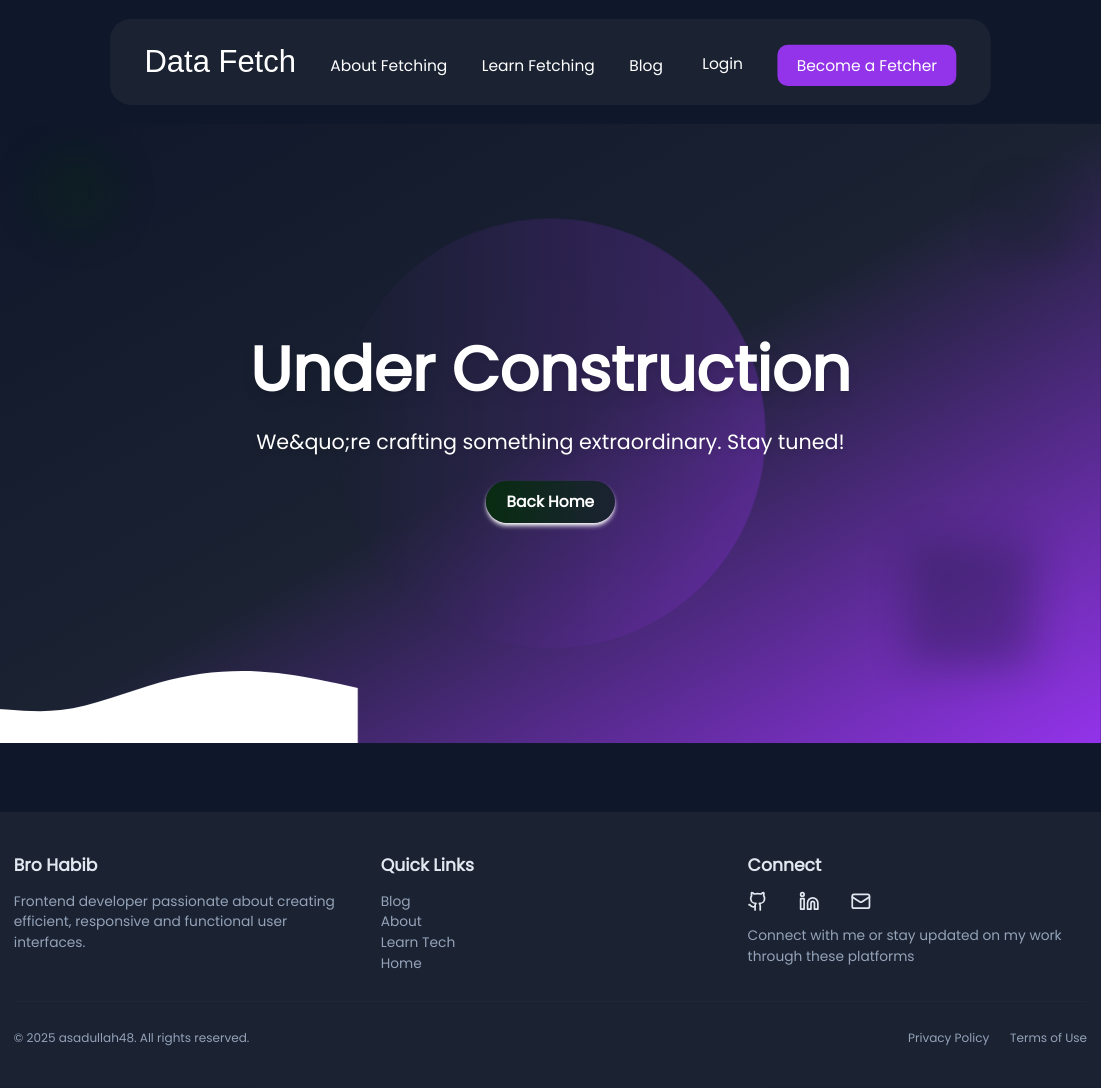
Repository: asadullah48/data-fetch
Page: /learnTech
These files come from the project's save history. The page is drawn as it stood at one moment and after a run of saves; the edit follows.
The browser window is 1280 px wide. The pictures show the whole page, at 86% of full size.
Some web fonts or font styles are not loaded; a fallback is used. The project was rebuilt for these pictures with package versions that can differ from the ones it lists, and the page was loaded fresh each time. The framework's server and built-in components were replaced by stand-ins that run in the browser. Also part of the build but not shown: next.config.mjs.

Above is the page before, as saved 2025-01-15 13:57:09.

### src/app/layout.tsx
import type { Metadata } from "next";
import localFont from "next/font/local";
import "./globals.css";
import Navbar from "@/components/Navbar";
import { Poppins } from "next/font/google"
import Footer from "@/components/Footer";


const poppins = Poppins({
  subsets: ['latin'],
  weight: '400'
})

const geistSans = localFont({
  src: "./fonts/GeistVF.woff",
  variable: "--font-geist-sans",
  weight: "100 900",
});
const geistMono = localFont({
  src: "./fonts/GeistMonoVF.woff",
  variable: "--font-geist-mono",
  weight: "100 900",
});

export const metadata: Metadata = {
  title: "Data Fetching",
  description: "Data Fetching in a CSR and SSR",
};

export default function RootLayout({
  children,
}: Readonly<{
  children: React.ReactNode;
}>) {
  return (
    <html lang="en">
      <body
        className={`${geistSans.variable} ${geistMono.variable} ${poppins.className} bg-[#0f172a] text-white antialiased overflow-x-hidden`}
      >
        <Navbar />
        {children}
        <Footer/>
      </body>
    </html>
  );
}

### src/app/learnTech/page.tsx
import Link from 'next/link'
import React from 'react'

export default function learnTechPage() {
  return (
    <div className="h-screen flex items-center justify-center bg-gradient-to-br from-[#0f172a] via-[#1b2232] to-[#9333EA] relative overflow-hidden">
            {/* Background Elements */}
            <div className="absolute inset-0 flex justify-center items-center">
                <div className="w-[500px] h-[500px] bg-gradient-to-r from-[#1b2232] to-[#9333EA] rounded-full opacity-20 animate-pulse"></div>
            </div>

            {/* Floating Animated Shapes */}
            <div className="absolute inset-0">
                <div className="absolute top-10 left-10 w-24 h-24 bg-[#082c11] rounded-full blur-xl opacity-30 animate-float" />
                <div className="absolute bottom-20 right-20 w-36 h-36 bg-[#0f172a] rounded-lg blur-xl opacity-30 animate-float delay-2000" />
                <div className="absolute top-20 right-10 w-20 h-20 bg-[#1b2232] rounded-lg blur-lg opacity-40 animate-float delay-4000" />
            </div>

            {/* Main Content */}
            <div className="text-center relative z-10">
                <h1 className="text-5xl md:text-7xl font-extrabold text-white drop-shadow-lg animate-bounce">
                    Under Construction
                </h1>
                <p className="text-lg md:text-2xl text-white mt-4 drop-shadow-md">
                    We&quo;re crafting something extraordinary. Stay tuned!
                </p>

                {/* CTA Button */}
                <div className="mt-10">
                    <Link
                        href="/"
                        className="px-6 py-3 text-lg font-bold text-white bg-gradient-to-r from-[#082c11] to-[#1b2232] rounded-full shadow-white shadow-md transform transition hover:scale-105 hover:shadow-2xl focus:outline-none"
                    >
                        Back Home
                    </Link>
                </div>
            </div>

            {/* Animated SVG Waves */}
            <div className="absolute bottom-0 left-0 right-0 overflow-hidden leading-none">
                <svg
                    className="w-full h-32 text-white animate-wave"
                    xmlns="http://www.w3.org/2000/svg"
                    viewBox="0 0 1440 320"
                >
                    <path
                        fill="currentColor"
                        fillOpacity="1"
                        d="M0,288L48,272C96,256,192,224,288,218.7C384,213,480,235,576,224C672,213,768,171,864,144C960,117,1056,107,1152,112C1248,117,1344,139,1392,149.3L1440,160L1440,320L1392,320C1344,320,1248,320,1152,320C1056,320,960,320,864,320C768,320,672,320,576,320C480,320,384,320,288,320C192,320,96,320,48,320L0,320Z"
                    ></path>
                </svg>
            </div>
        </div>
  )
}

### src/app/globals.css
@tailwind base;
@tailwind components;
@tailwind utilities;

body {
  font-family: Arial, Helvetica, sans-serif;
}

@layer utilities {
  .text-balance {
    text-wrap: balance;
  }
}

@layer base {
  :root {
    --background: 0 0% 100%;
    --foreground: 20 14.3% 4.1%;
    --card: 0 0% 100%;
    --card-foreground: 20 14.3% 4.1%;
    --popover: 0 0% 100%;
    --popover-foreground: 20 14.3% 4.1%;
    --primary: 24 9.8% 10%;
    --primary-foreground: 60 9.1% 97.8%;
    --secondary: 60 4.8% 95.9%;
    --secondary-foreground: 24 9.8% 10%;
    --muted: 60 4.8% 95.9%;
    --muted-foreground: 25 5.3% 44.7%;
    --accent: 60 4.8% 95.9%;
    --accent-foreground: 24 9.8% 10%;
    --destructive: 0 84.2% 60.2%;
    --destructive-foreground: 60 9.1% 97.8%;
    --border: 20 5.9% 90%;
    --input: 20 5.9% 90%;
    --ring: 20 14.3% 4.1%;
    --chart-1: 12 76% 61%;
    --chart-2: 173 58% 39%;
    --chart-3: 197 37% 24%;
    --chart-4: 43 74% 66%;
    --chart-5: 27 87% 67%;
    --radius: 0.5rem;
  }
  .dark {
    --background: 20 14.3% 4.1%;
    --foreground: 60 9.1% 97.8%;
    --card: 20 14.3% 4.1%;
    --card-foreground: 60 9.1% 97.8%;
    --popover: 20 14.3% 4.1%;
    --popover-foreground: 60 9.1% 97.8%;
    --primary: 60 9.1% 97.8%;
    --primary-foreground: 24 9.8% 10%;
    --secondary: 12 6.5% 15.1%;
    --secondary-foreground: 60 9.1% 97.8%;
    --muted: 12 6.5% 15.1%;
    --muted-foreground: 24 5.4% 63.9%;
    --accent: 12 6.5% 15.1%;
    --accent-foreground: 60 9.1% 97.8%;
    --destructive: 0 62.8% 30.6%;
    --destructive-foreground: 60 9.1% 97.8%;
    --border: 12 6.5% 15.1%;
    --input: 12 6.5% 15.1%;
    --ring: 24 5.7% 82.9%;
    --chart-1: 220 70% 50%;
    --chart-2: 160 60% 45%;
    --chart-3: 30 80% 55%;
    --chart-4: 280 65% 60%;
    --chart-5: 340 75% 55%;
  }
}

@layer base {
  * {
    @apply border-border;
  }
  body {
    @apply bg-background text-foreground;
  }
}

### src/components/Navbar.tsx
"use client"
import { useState } from 'react';
import { Agbalumo } from "next/font/google"
import Link from "next/link"

const agbalumo = Agbalumo({
    subsets: ['latin'],
    weight: '400'
})


export default function Navbar() {
    const [isMenuOpen, setIsMenuOpen] = useState(false);

    const toggleMenu = () => setIsMenuOpen(!isMenuOpen);

    return (
        <div className="h-[144px] w-screen flex justify-center items-center">
            <div className="h-[100px] w-full relative md:w-[80%] md:rounded-3xl bg-[#1b2232] text-white flex justify-between items-center px-10">
                {/* Logo and Links */}
                <div className="flex justify-center items-center gap-10">
                <Link href={"/"}>
                    <h1 className={`${agbalumo.className} text-4xl`}>Data Fetch</h1>
                </Link>

                    <div className="hidden lg:flex gap-10">
                        <Link href={"/about"} className="text-lg mt-2">About Fetching</Link>
                        <Link href={"/learnTech"} className="text-lg mt-2">Learn Fetching</Link>
                        <Link href={"/blog"} className="text-lg mt-2">Blog</Link>
                    </div>
                </div>

                {/* Navbar Buttons */}
                <div className="hidden md:flex gap-10">
                    <Link href={"/login"} className="text-lg mt-4">Login</Link>
                    <Link href={"/signup"} className="text-lg mt-2 h-12 bg-PrimaryPurple flex justify-center items-center w-52 rounded-xl">Become a Fetcher</Link>
                </div>

                {/* Hamburger Menu for Mobile */}
                <div className="lg:hidden flex items-center gap-4">
                    {/* <h1 className="font-bold text-4xl">Data Fetch</h1> */}
                    <button onClick={toggleMenu} className="text-white text-2xl">
                        {/* Hamburger Icon */}
                        {isMenuOpen ? 'X' : '☰'}
                    </button>
                </div>
            </div>

            {/* Dropdown Menu for Mobile */}
            {isMenuOpen && (
                <div className='z-50 h-screen fixed top-1/4 w-full flex justify-center items-center bg-[#1b2232]/70 backdrop-blur-md '>
                <div className=" lg:hidden  text-white  text-center py-4 flex flex-col justify-center items-start gap-5">
                    <Link href={"/about"} onClick={()=> setIsMenuOpen(false)} className="block text-lg mt-2">About Fetching</Link>
                    <Link href={"/learnTech"} onClick={()=> setIsMenuOpen(false)} className="block text-lg mt-2">Learn fetching</Link>
                    <Link href={"/blog"} onClick={()=> setIsMenuOpen(false)} className="block text-lg mt-2">Blog</Link>
                    <Link href={"/login"} onClick={()=> setIsMenuOpen(false)} className="block text-lg mt-2">Login</Link>
                    <Link href={"/signup"} onClick={()=> setIsMenuOpen(false)} className=" text-lg mt-2 h-12 bg-PrimaryPurple flex justify-start pl-2 items-center w-52 rounded-xl">Become a Techie</Link>
                </div>
                </div>
            )}
        </div>
    )
}

### src/components/Footer.tsx
import React from 'react'
import { Github,  Linkedin, Mail } from 'lucide-react';
import Link from 'next/link';
export default function Footer() {
  const currentYear = new Date().getFullYear();

  return (
    <div className="bg-[#1b2232] mt-20 text-slate-200 py-12 ">
      <div className="container mx-auto px-4">
        {/* Main Footer Content */}
        <div className="grid grid-cols-1 md:grid-cols-3 gap-8 mb-8">
          {/* About Section */}
          <div>
            <h3 className="text-xl font-semibold mb-4">Bro Habib</h3>
            <p className="text-slate-400 mb-4">
              Frontend developer passionate about creating efficient, responsive and functional user interfaces.
            </p>
          </div>

          {/* Quick Links */}
          <div>
            <h3 className="text-xl font-semibold mb-4">Quick Links</h3>
            <ul className="space-y-2 text-slate-400">
              <Link href="/blog" className="hover:text-slate-200 transition-colors"><li>Blog</li>
              </Link>
              <Link href="/about" className="hover:text-slate-200 transition-colors"><li>About</li>
              </Link>
              <Link href="/learnTech" className="hover:text-slate-200 transition-colors"><li>Learn Tech</li>
              </Link>
              <Link href="/" className="hover:text-slate-200 transition-colors"><li>Home</li>
              </Link>
            </ul>
          </div>

          {/* Connect Section */}
          <div>
            <h3 className="text-xl font-semibold mb-4">Connect</h3>
            <div className="flex space-x-4 mb-4 gap-5">
              <Link href="https://github.com/asadullah48/data-fetch" className="hover:text-slate-200 transition-colors">
                <Github size={24} />
              </Link>

              <Link href="https://www.linkedin.com/in/asadullah-shafique-a00679325/" className="hover:text-slate-200 transition-colors">
                <Linkedin size={24} />
              </Link>

              <Link href="mailto:asadullahshafique@hotmail.com" className="hover:text-slate-200 transition-colors">
                <Mail size={24} />
              </Link>

            </div>
            <p className="text-slate-400">
            Connect with me or stay updated on my work through these platforms
            </p>
          </div>
        </div>

        {/* Bottom Bar */}
        <div className="pt-8 border-t border-slate-800">
          <div className="flex flex-col md:flex-row justify-between items-center space-y-4 md:space-y-0">
            <p className="text-slate-400 text-sm">
              © {currentYear} asadullah48. All rights reserved.
            </p>
            <div className="flex space-x-6 text-sm text-slate-400">
              <a href="/privacy" className="hover:text-slate-200 transition-colors">Privacy Policy</a>
              <a href="/terms" className="hover:text-slate-200 transition-colors">Terms of Use</a>
            </div>
          </div>
        </div>
      </div>
    </div>
  )
}

### tailwind.config.ts
import type { Config } from "tailwindcss";

const config: Config = {
	darkMode: ["class"],
	content: [
		"./src/pages/**/*.{js,ts,jsx,tsx,mdx}",
		"./src/components/**/*.{js,ts,jsx,tsx,mdx}",
		"./src/app/**/*.{js,ts,jsx,tsx,mdx}",
	],
	theme: {
		extend: {

			animation: {
				'spin-slow': 'spin 3s linear infinite',
				orbit: 'orbit 1.5s linear infinite',
				// dash: 'dash 2s ease-in-out infinite',
				float: 'float 6s ease-in-out infinite',
				wave: 'wave 8s linear infinite',
				bounce: 'bounce 2s infinite',
			},
			keyframes: {
				orbit: {
					'0%': { transform: 'rotate(0deg) translateX(30px) rotate(0deg)' },
					'100%': { transform: 'rotate(360deg) translateX(30px) rotate(-360deg)' },
				},
				dash: {
					'0%': { strokeDashoffset: '880px' },
					'100%': { strokeDashoffset: '0px' },
				},
				float: {
					'0%, 100%': { transform: 'translateY(-10px)' },
					'50%': { transform: 'translateY(10px)' },
				  },
				  wave: {
					'0%': { transform: 'translateX(100%)' },
					'100%': { transform: 'translateX(-100%)' },
				  },
			},
			colors: {
				background: 'hsl(var(--background))',
				PrimaryPurple: '#9333EA',
				foreground: 'hsl(var(--foreground))',
				card: {
					DEFAULT: 'hsl(var(--card))',
					foreground: 'hsl(var(--card-foreground))'
				},
				popover: {
					DEFAULT: 'hsl(var(--popover))',
					foreground: 'hsl(var(--popover-foreground))'
				},
				primary: {
					DEFAULT: 'hsl(var(--primary))',
					foreground: 'hsl(var(--primary-foreground))'
				},
				secondary: {
					DEFAULT: 'hsl(var(--secondary))',
					foreground: 'hsl(var(--secondary-foreground))'
				},
				muted: {
					DEFAULT: 'hsl(var(--muted))',
					foreground: 'hsl(var(--muted-foreground))'
				},
				accent: {
					DEFAULT: 'hsl(var(--accent))',
					foreground: 'hsl(var(--accent-foreground))'
				},
				destructive: {
					DEFAULT: 'hsl(var(--destructive))',
					foreground: 'hsl(var(--destructive-foreground))'
				},
				border: 'hsl(var(--border))',
				input: 'hsl(var(--input))',
				ring: 'hsl(var(--ring))',
				chart: {
					'1': 'hsl(var(--chart-1))',
					'2': 'hsl(var(--chart-2))',
					'3': 'hsl(var(--chart-3))',
					'4': 'hsl(var(--chart-4))',
					'5': 'hsl(var(--chart-5))'
				}
			},
			borderRadius: {
				lg: 'var(--radius)',
				md: 'calc(var(--radius) - 2px)',
				sm: 'calc(var(--radius) - 4px)'
			}
		}
	},
	plugins: [require("tailwindcss-animate")],
};
export default config;

After the next 3 saves:
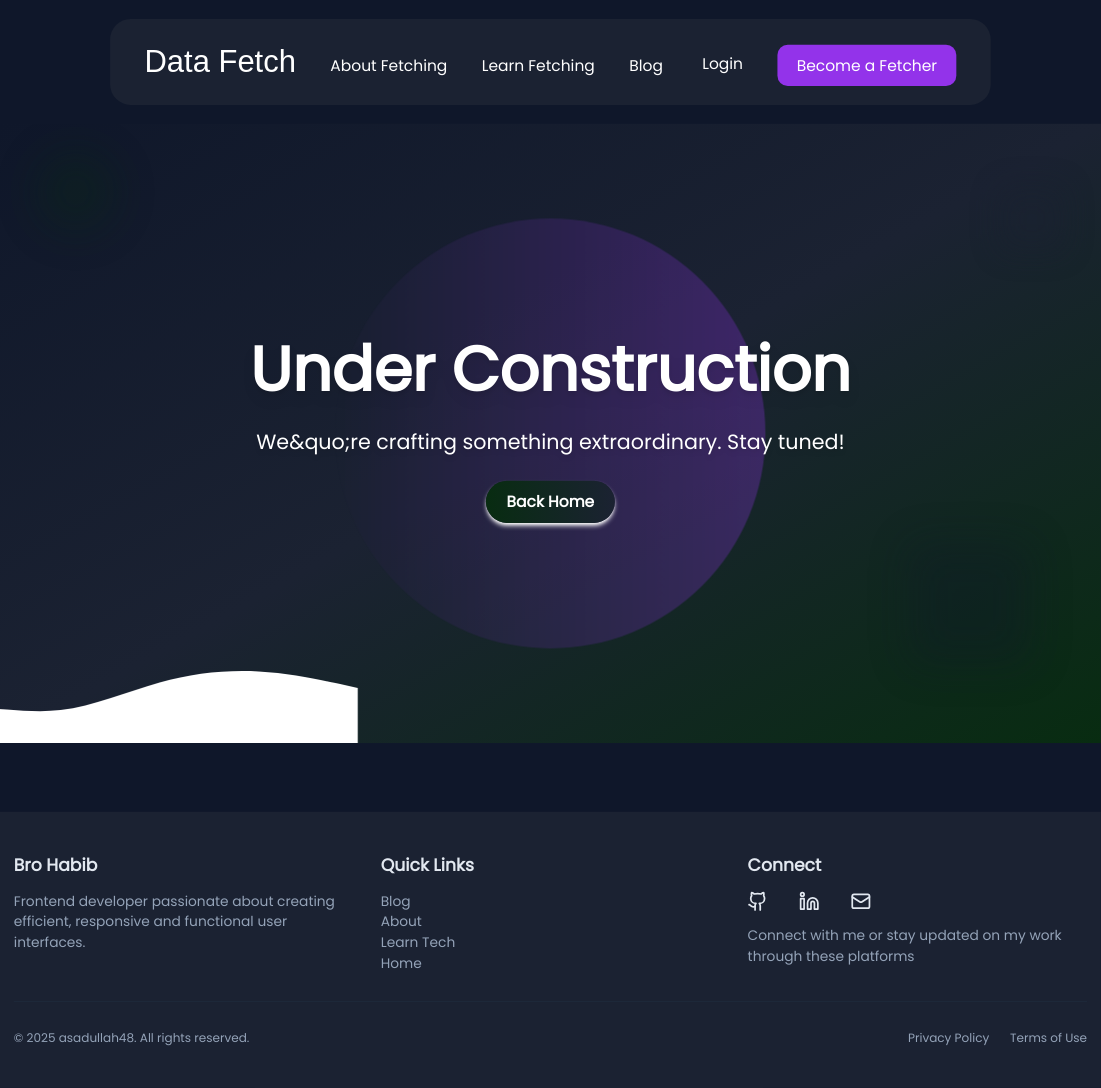
The 3 saves are shown as one change because they came seconds apart.
The last was saved 8 s later.
--- a/src/app/learnTech/page.tsx
+++ b/src/app/learnTech/page.tsx
@@ -3,7 +3,7 @@ import React from 'react'
 
 export default function learnTechPage() {
   return (
-    <div className="h-screen flex items-center justify-center bg-gradient-to-br from-[#0f172a] via-[#1b2232] to-[#9333EA] relative overflow-hidden">
+    <div className="h-screen flex items-center justify-center bg-gradient-to-br from-[#0f172a] via-[#1b2232] to-[#082c11] relative overflow-hidden">
             {/* Background Elements */}
             <div className="absolute inset-0 flex justify-center items-center">
                 <div className="w-[500px] h-[500px] bg-gradient-to-r from-[#1b2232] to-[#9333EA] rounded-full opacity-20 animate-pulse"></div>
